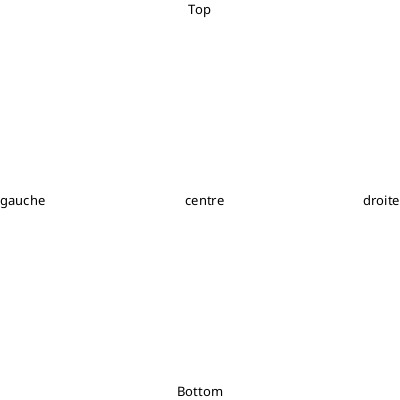
Repository: guehel/Workspace
Program's window: java HelloWorldJavaFx/src/application/Main.java
These files come from the project's save history. The program's window is drawn as it stood at one moment and after the next save; the edit follows.
It runs on Java 21 on a 1366 x 768 screen with JavaFX 11; the title bar is not drawn.

Above is the program's window before, as saved 2014-09-25 19:47:40.

### HelloWorldJavaFx/src/application/Main.java
package application;

import java.awt.Button;

import javafx.application.Application;
import javafx.geometry.Pos;
import javafx.stage.Stage;
import javafx.scene.Scene;
import javafx.scene.layout.BorderPane;
import javafx.scene.layout.HBox;
import javafx.scene.text.Text;


public class Main extends Application {
	@Override
	public void start(Stage primaryStage) {
		try {


			BorderPane root = new BorderPane();
			Text text = new Text("centre");

			root.setCenter(text);

			root.setTop(new Text("Top"));
			root.setLeft(new Text("gauche"));
			root.setRight(new Text("droite"));
			root.setBottom(new Text("Bottom"));
			BorderPane.setAlignment(root.getCenter(), Pos.CENTER);
			BorderPane.setAlignment(root.getTop(), Pos.CENTER);
			BorderPane.setAlignment(root.getBottom(), Pos.CENTER);
			BorderPane.setAlignment(root.getLeft(), Pos.CENTER);
			BorderPane.setAlignment(root.getRight(), Pos.CENTER);
			Scene scene = new Scene(root, 400, 400);
			primaryStage.setScene(scene);
			primaryStage.show();
		} catch(Exception e) {
			e.printStackTrace();
		}
	}

	public static void main(String[] args) {
		launch(args);
	}
}

### HelloWorldJavaFx/src/application/application.css
.root{
	-fx-background-color:orange;

}

After the next save:
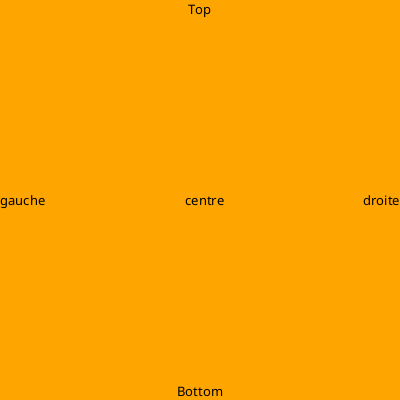
Saved 107 s later.
--- a/HelloWorldJavaFx/src/application/Main.java
+++ b/HelloWorldJavaFx/src/application/Main.java
@@ -32,6 +32,7 @@
 			BorderPane.setAlignment(root.getLeft(), Pos.CENTER);
 			BorderPane.setAlignment(root.getRight(), Pos.CENTER);
 			Scene scene = new Scene(root, 400, 400);
+			scene.getStylesheets().add(getClass().getResource("application.css").toExternalForm());
 			primaryStage.setScene(scene);
 			primaryStage.show();
 		} catch(Exception e) {
